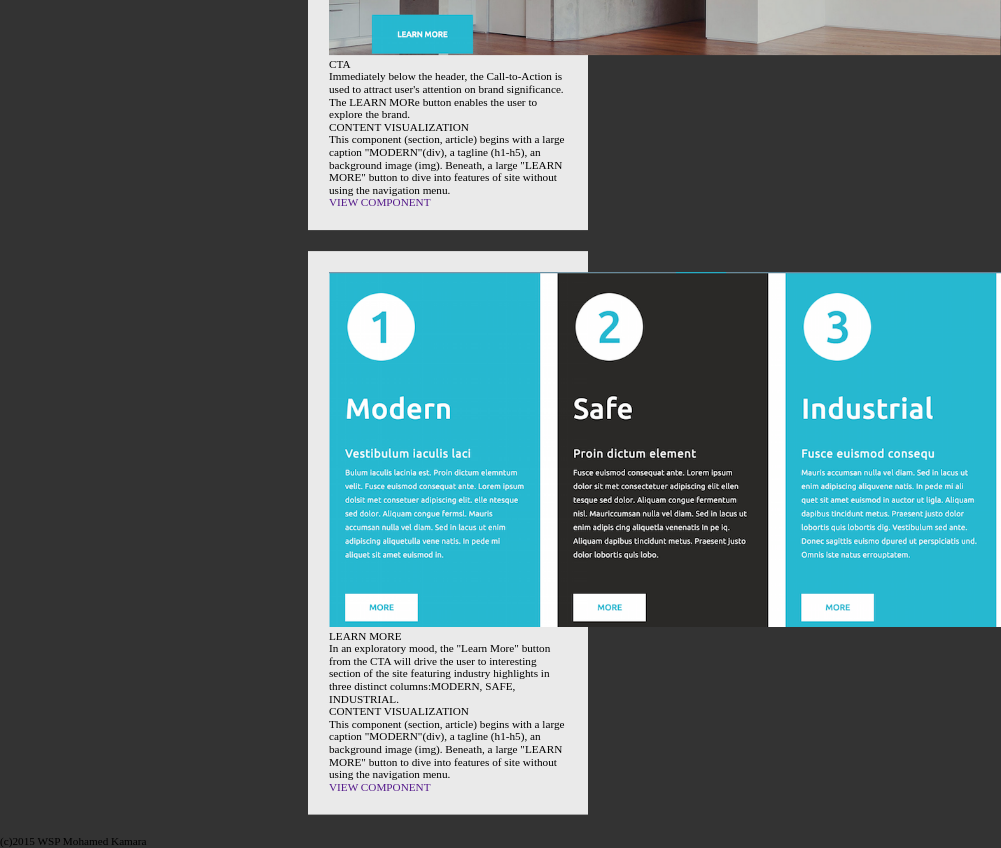
Repository: makamara/WSP_Project
Page: wsp/index.html
The author's editor kept a copy of each file at every save. The page is drawn from the files as they stood at one save, then again after the next save.
The browser window is 1280 px wide. The page is 1430 px wide, so the pictures cover 1430 px, including what lies to the right of the window. The pictures show the part of the page from y = 1114 to 2834 px (the page is 2326 px tall before and 2834 px after), at 70% of full size.

Above is the page before, as saved 2015-09-15 15:20:45.

### wsp/index.html
<!DOCTYPE html>
<html>
<head>
	<title>WSP: Mohamed Kamara</title>
	<link rel="stylesheet" type="text/css" href="css/reset.css" />
	<link rel="stylesheet" type="text/css" href="css/main.css" />
</head>
<body>


	<!-- Header -->
	<header>
		<h1>WSP Mohamed Kamara</h1>
	</header>

	<!-- About -->
	<section>
		<h1>About</h1>
		<div class="image">Pix</div>
		<article>
		<p>My name is Mohamed Kamara, I am originally from Liberia, a small country off the coast of West Africa. My interest in computer
		started as far back as 1995 while in high school and since then I have made it a career. Before Fullsail, I worked on technical
		support, but ever since I knew that development was something I really like doing, especially, the Web backend.
		</p>
		</article>
	</section>

	<!-- Blog, Components -->
	<section>
		<!-- Header section -->
		<article>

			<img src="images/header.png" alt="" />
			<h1>HEADER</h1>
			<p>To present the company image to users, the log is placed in the top left-hand corner. Users are able to navigate the Website
			by making a selection from the menu located in the top right-hand corner. Users can return to the home page by clicking the logo.
			</p>
			<h2>CONTENT VISUALIZATION</h2>
			<p>This component (header, section, article) contains both the logo (img, h1) and the navigation (nav) with nested links (ul,a).
			For the logo to function as an escape hatch, it might also need to be linked (a).
			</p>
			<p><a href="" class="button">VIEW COMPONENT</a></p>
		</article>
		<!-- CTA section -->
		<article>
			<img src="images/cta.jpg" alt="" />
			<h1>CTA</h1>
			<p>Immediately below the header, the Call-to-Action is used to attract user's attention on brand significance.
				The <strong>LEARN MORe</strong> button enables the user to explore the brand.
			</p>
			<h2>CONTENT VISUALIZATION</h2>
			<p>This component (section, article) begins with a large caption "MODERN"(div), a tagline (h1-h5), an background image (img).
			Beneath, a large "LEARN MORE" button to dive into features of site without using the navigation menu.
			</p>
			<p><a href="" class="button">VIEW COMPONENT</a></p>
		</article>
	<!-- LEARN MORE section -->
		<article>
			<img src="images/learnmore.jpg" alt="" />
			<h1>LEARN MORE</h1>
			<p>In an exploratory mood, the "Learn More" button from the CTA will drive the user to interesting section of the site featuring
			industry highlights in three distinct columns:MODERN, SAFE, INDUSTRIAL.

			</p>
			<h2>CONTENT VISUALIZATION</h2>
			<p>This component (section, article) begins with a large caption "MODERN"(div), a tagline (h1-h5), an background image (img).
			Beneath, a large "LEARN MORE" button to dive into features of site without using the navigation menu.
			</p>
			<p><a href="" class="button">VIEW COMPONENT</a></p>
		</article>

	</section>
<footer>(c)2015 WSP Mohamed Kamara</footer>
</body>
</html>

### wsp/css/reset.css
/* CSS RESET
====================================================================================================
====================================================================================================
*/



html, body, div, main, span, applet, object, iframe,
h1, h2, h3, h4, h5, h6, p, blockquote, pre,
a, abbr, acronym, address, big, cite, code,
del, dfn, em, img, ins, kbd, q, s, samp,
small, strike, strong, sub, sup, tt, var,
b, u, i, center,
dl, dt, dd, ol, ul, li,
fieldset, form, label, legend, input, textarea,
table, caption, tbody, tfoot, thead, tr, th, td,
article, aside, canvas, details, embed,
figure, figcaption, footer, header, hgroup,
menu, nav, output, ruby, section, summary,
time, mark, audio, video,
::before, ::after {

	margin: 0; padding: 0;
	border: 0;
	font-size: 100%;
	font: inherit;
	vertical-align: baseline;
	text-decoration: none;

	box-sizing: border-box;

}

// HTML5 - Older browser support
// ======================================================================
article, aside, details, figcaption, figure,
footer, header, hgroup, menu, nav, section {
	display: block;
}


// BODY
// ======================================================================
body { line-height: 1; }


// LISTS - Clear bullets
// ======================================================================
ol, ul { list-style: none; }


// QUOTES
// ======================================================================
blockquote, q { quotes: none; }
blockquote:before, blockquote:after,
q:before, q:after {
	content: '';
	content: none;
}

// TABLES
// ======================================================================
table {
	border-collapse: collapse;
	border-spacing: 0;
}

### wsp/css/main.css
/* Project CSS
============================================================
============================================================*/
body {
    background: #333333;
}

header, section {
    width: 400px;
    margin: 0 auto;
}


/* HEADER ============================== */

/* ABOUT ============================== */

/* COMPONENTS ============================== */
article {
    background: #eaeaea;
    padding: 30px;
    margin: 30px 0;
}

After the next save:
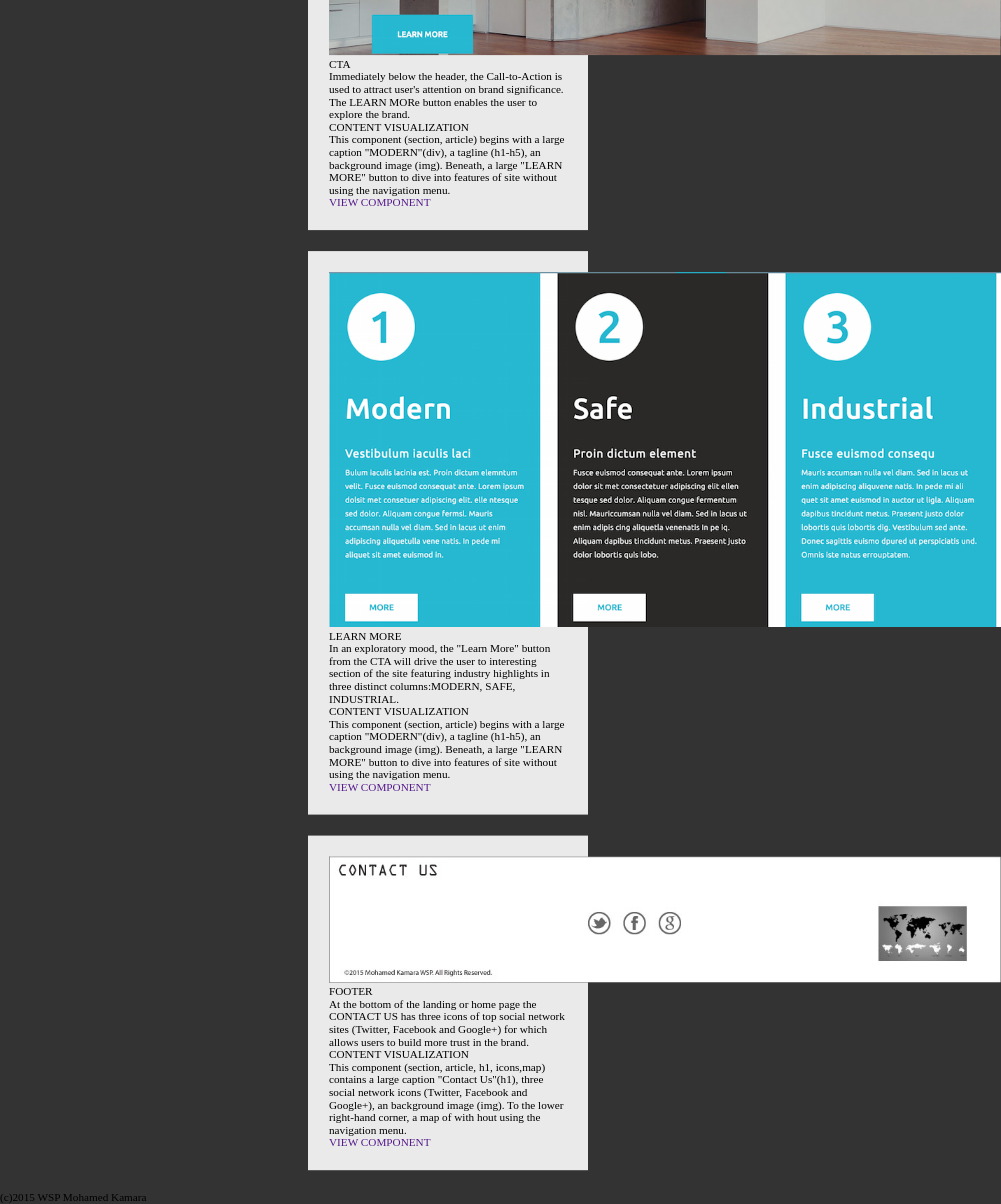
Saved 100 min 11 s later.
--- a/wsp/index.html
+++ b/wsp/index.html
@@ -68,7 +68,20 @@
 			</p>
 			<p><a href="" class="button">VIEW COMPONENT</a></p>
 		</article>
+		<!-- FOOTER section -->
+		<article>
+			<img src="images/footer.jpg" alt="" />
+			<h1>FOOTER</h1>
+			<p>At the bottom of the landing or home page the CONTACT US has three icons of top social network sites (Twitter, Facebook and Google+) for
+			which allows users to build more trust in the brand.
 
+			</p>
+			<h2>CONTENT VISUALIZATION</h2>
+			<p>This component (section, article, h1, icons,map) contains a large caption "Contact Us"(h1), three social network icons (Twitter, Facebook and Google+),
+				 an background image (img). To the lower right-hand corner, a map of with hout using the navigation menu.
+			</p>
+			<p><a href="" class="button">VIEW COMPONENT</a></p>
+		</article>
 	</section>
 <footer>(c)2015 WSP Mohamed Kamara</footer>
 </body>
